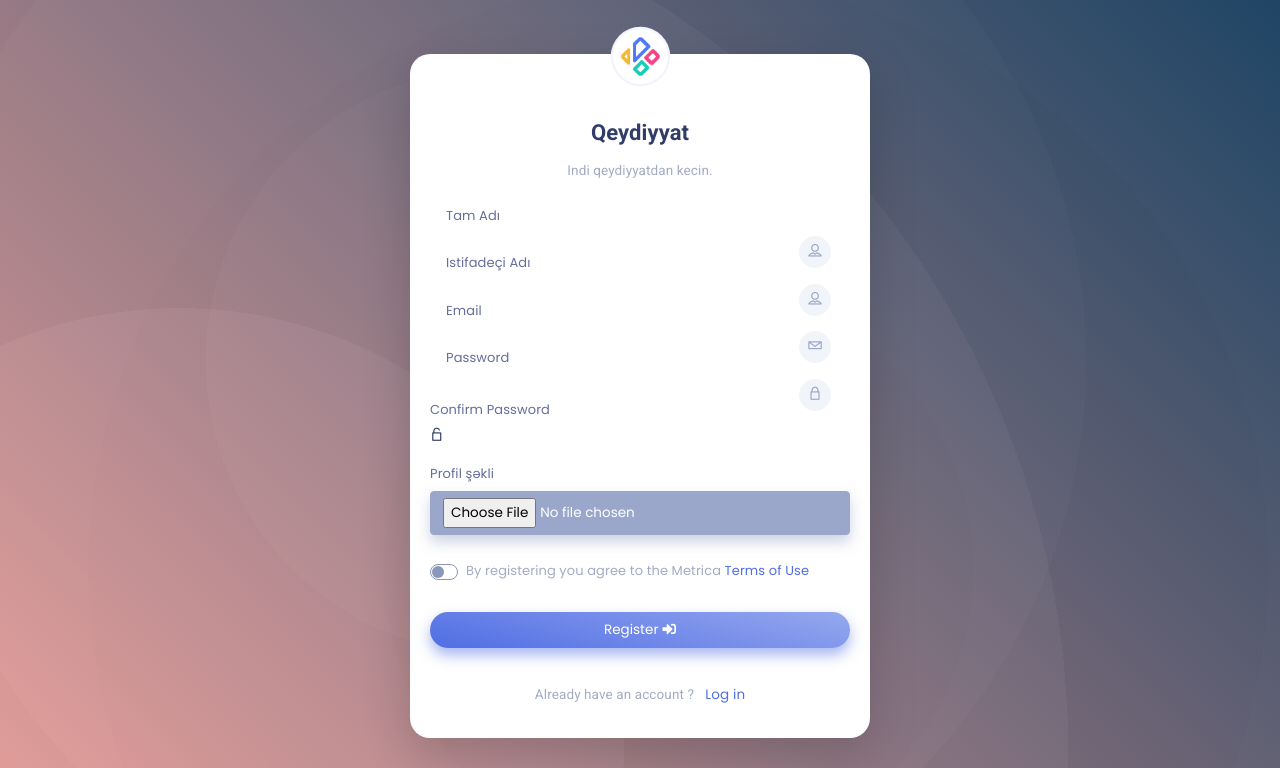
Repository: elvinyeka/Smart-Mobile
Page: Smart/templates/admin/register.html
An editor plug-in stored every save of this project. The page is shown before and after the next save, followed by the edit.
The browser window is 1280 px wide. The pictures show the whole page.
The page is served by the project's application, run on Flask 3 (Smart/__init__.py). Other server files are loaded and not shown. The template is opened directly, without the code that normally fills it, so the values that code supplies are empty.

Above is the page before, as saved 2020-11-20 20:48:19.
Console error: ReferenceError: ApexCharts is not defined

### Smart/templates/admin/register.html
<!DOCTYPE html>
<html lang="en">

    <head>
        <meta charset="utf-8" />
        <title>{{title}}</title>
        <meta name="viewport" content="width=device-width, initial-scale=1, shrink-to-fit=no">
        <meta content="Premium Multipurpose Admin & Dashboard Template" name="description" />
        <meta content="" name="author" />
        <meta http-equiv="X-UA-Compatible" content="IE=edge" />

        <!-- App favicon -->
        <link rel="shortcut icon" href="{{url_for('static', filename='admin/images/favicon.ico')}}">

        <!-- App css -->
        <link href="{{url_for('static', filename='admin/css/bootstrap.min.css')}}" rel="stylesheet" type="text/css" />
        <link href="{{url_for('static', filename='admin/css/jquery-ui.min.css')}}" rel="stylesheet">
        <link href="{{url_for('static', filename='admin/css/icons.min.css')}}" rel="stylesheet" type="text/css" />
        <link href="{{url_for('static', filename='admin/css/metisMenu.min.css')}}" rel="stylesheet" type="text/css" />
        <link href="{{url_for('static', filename='admin/css/app.min.css')}}" rel="stylesheet" type="text/css" />

    </head>

    <body class="account-body accountbg">

        <!-- Log In page -->
        <div class="container mt-5">
            <div class="row vh-100 ">
                <div class="col-12 align-self-center">
                    <div class="auth-page">
                        <div class="card auth-card shadow-lg">
                            <div class="card-body">
                                <div class="px-3">
                                    <div class="auth-logo-box">
                                        <a href="#" class="logo logo-admin"><img src="{{url_for('static', filename='admin/images/logo-sm.png')}}" height="55" alt="logo" class="auth-logo"></a>
                                    </div><!--end auth-logo-box-->

                                    <div class="text-center auth-logo-text">
                                        <h4 class="mt-0 mb-3 mt-5">Qeydiyyat</h4>
                                        <p class="text-muted mb-0">Indi qeydiyyatdan kecin.</p>
                                    </div> <!--end auth-logo-text-->


                                    <form class="form-horizontal auth-form my-4" action="" method="POST" enctype="multipart/form-data">

                                        <div class="form-group">
                                            <label for="name">Tam Adı</label>
                                            <div class="input-group mb-3">
                                                <span class="auth-form-icon">
                                                    <i class="dripicons-user"></i>
                                                </span>
                                                {% if form.name.errors %}
                                                {{ form.name(class="form-control form-control is-invalid") }}
                                                    <div class="invalid-feedback">
                                                        {% for error in form.name.errors %}
                                                            <span>{{ error }}</span>
                                                        {% endfor %}
                                                    </div>
                                                {% else %}
                                                    {{ form.name(class="form-control form-control", placeholder="Enter name") }}
                                                    {% endif %}
                                            </div>
                                        </div><!--end form-group-->

                                        <div class="form-group">
                                            <label for="username">Istifadeçi Adı</label>
                                            <div class="input-group mb-3">
                                                <span class="auth-form-icon">
                                                    <i class="dripicons-user"></i>
                                                </span>
                                                {% if form.username.errors %}
                                                {{ form.username(class="form-control form-control is-invalid") }}
                                                    <div class="invalid-feedback">
                                                        {% for error in form.username.errors %}
                                                            <span>{{ error }}</span>
                                                        {% endfor %}
                                                    </div>
                                                {% else %}
                                                    {{ form.username(class="form-control form-control", placeholder="Enter Username") }}
                                                    {% endif %}
                                            </div>
                                        </div><!--end form-group-->

                                        <div class="form-group">
                                            <label for="useremail">Email</label>
                                            <div class="input-group mb-3">
                                                <span class="auth-form-icon">
                                                    <i class="dripicons-mail"></i>
                                                </span>
                                                {% if form.email.errors %}
                                                {{ form.email(class="form-control form-control is-invalid") }}
                                                    <div class="invalid-feedback">
                                                        {% for error in form.email.errors %}
                                                            <span>{{ error }}</span>
                                                        {% endfor %}
                                                    </div>
                                                {% else %}
                                                    {{ form.email(class="form-control form-control", placeholder="Enter email") }}
                                                    {% endif %}
                                            </div>
                                        </div><!--end form-group-->

                                        <div class="form-group">
                                            <label for="userpassword">Password</label>
                                            <div class="input-group mb-3">
                                                <span class="auth-form-icon">
                                                    <i class="dripicons-lock"></i>
                                                </span>
                                                {% if form.password.errors %}
                                                {{ form.password(class="form-control form-control is-invalid") }}
                                                    <div class="invalid-feedback">
                                                        {% for error in form.password.errors %}
                                                            <span>{{ error }}</span>
                                                        {% endfor %}
                                                    </div>
                                                {% else %}
                                                    {{ form.password(class="form-control form-control", placeholder="Enter password") }}
                                                    {% endif %}
                                            </div>
                                            </div>
                                        </div><!--end form-group-->

                                        <div class="form-group">
                                            <label for="conf_password">Confirm Password</label>
                                            <div class="input-group mb-3">
                                                <span class="auth-form-icon">
                                                    <i class="dripicons-lock-open"></i>
                                                </span>
                                                {% if form.confirm.errors %}
                                                {{ form.confirm(class="form-control form-control is-invalid") }}
                                                    <div class="invalid-feedback">
                                                        {% for error in form.confirm.errors %}
                                                            <span>{{ error }}</span>
                                                        {% endfor %}
                                                    </div>
                                                {% else %}
                                                    {{ form.confirm(class="form-control form-control", placeholder="Confirm password") }}
                                                    {% endif %}
                                            </div>
                                            <div class="form-group">
                                                <label for="exampleFormControlFile1">Profil şəkli</label>
                                                <input type="file" name="photo" class="form-control-file btn btn-info" id="exampleFormControlFile1">
                                            </div>
                                        </div>

                                        <div class="form-group row mt-4">
                                            <div class="col-sm-12">
                                                <div class="custom-control custom-switch switch-success">
                                                    <input type="checkbox" class="custom-control-input" id="customSwitchSuccess">
                                                    <label class="custom-control-label text-muted" for="customSwitchSuccess">By registering you agree to the Metrica <a href="#" class="text-primary">Terms of Use</a></label>
                                                </div>
                                            </div><!--end col-->
                                        </div><!--end form-group-->

                                        <div class="form-group mb-0 row">
                                            <div class="col-12 mt-2">
                                                <button class="btn btn-gradient-primary btn-round btn-block waves-effect waves-light" type="submit">Register<i class="fas fa-sign-in-alt ml-1"></i></button>
                                            </div><!--end col-->
                                        </div> <!--end form-group-->
                                    </form><!--end form-->
                                </div><!--end /div-->

                                <div class="m-3 text-center text-muted">
                                    <p class="">Already have an account ? <a href="../authentication/auth-login.html" class="text-primary ml-2">Log in</a></p>
                                </div>
                            </div><!--end card-body-->
                        </div><!--end card-->
                    </div><!--end auth-card-->
                </div><!--end col-->
            </div><!--end row-->
        </div><!--end container-->
        <!-- End Log In page -->




        <!-- jQuery  -->
        <script src="{{url_for('static', filename='admin/js/jquery.min.js')}}"></script>
        <script src="{{url_for('static', filename='admin/js/jquery-ui.min.js')}}"></script>
        <script src="{{url_for('static', filename='admin/js/bootstrap.bundle.min.js')}}"></script>
        <script src="{{url_for('static', filename='admin/js/metismenu.min.js')}}"></script>
        <script src="{{url_for('static', filename='admin/js/waves.js')}}"></script>
        <script src="{{url_for('static', filename='admin/js/feather.min.js')}}"></script>
        <script src="{{url_for('static', filename='admin/js/jquery.slimscroll.min.js')}}"></script>

        <!-- App js -->
        <script src="{{url_for('static', filename='admin/js/app.js')}}"></script>

    </body>

</html>

### Smart/__init__.py
from flask import Flask
from flask_sqlalchemy import  SQLAlchemy
from flask_bcrypt import Bcrypt


app = Flask(__name__)
app.config['SECRET_KEY'] = 'mysecretkeydfgfdgdfgdfg'
app.config['SQLALCHEMY_FATABASE_URI'] = 'sqlite:///smart.db'
db = SQLAlchemy(app)
bcrypt = Bcrypt(app)

from Smart.admin import routes

### Smart/static/admin/js/app.js


/**
 * Theme: Metrica - Responsive Bootstrap 4 Admin Dashboard
 * Author: Mannatthemes
 * Module/App: Main Js
 */


(function ($) {

    'use strict';

    function initSlimscroll() {
        $('.slimscroll').slimscroll({
            height: 'auto',
            position: 'right',
            size: "7px",
            color: '#a2b1d021',
            opacity: 1,
            wheelStep: 5,
            touchScrollStep: 50,
            alwaysVisible: false,
        });
    }


    function initMetisMenu() {
        //metis menu
        $(".metismenu").metisMenu();
        $( window ).resize(function() {
            // initEnlarge();
        });
    }

    function initLeftMenuCollapse() {
        // Left menu collapse
        $('.button-menu-mobile').on('click', function (event) {
            event.preventDefault();
            $("body").toggleClass("enlarge-menu");
            initSlimscroll();
        });
    }

    function initMenuCollapsed() {
        $('.enlarge-menu .left-sidenav-menu > li').hover(function(){
            $(this).addClass('nav-hover');
         }, function(){
            $(this).removeClass('nav-hover');
        });
    }

    function initEnlarge() {
        if ($(window).width() < 1025) {
            $('body').addClass('enlarge-menu enlarge-menu-all');
        } else {
            // if ($('body').data('keep-enlarged') != true)
                $('body').removeClass('enlarge-menu enlarge-menu-all');
        }
    }

    function initTooltipPlugin(){
        $.fn.tooltip && $('[data-toggle="tooltip"]').tooltip()
        $('[data-toggle="tooltip-custom"]').tooltip({
            template: '<div class="tooltip tooltip-custom" role="tooltip"><div class="arrow"></div><div class="tooltip-inner"></div></div>'
        });
    }

    function initMainIconTabMenu() {
        $('.main-icon-menu .nav-link').on('click', function(e){
            $("body").removeClass("enlarge-menu");
            e.preventDefault();
            $(this).addClass('active');
            $(this).siblings().removeClass('active');
            $('.main-menu-inner').addClass('active');
            var targ = $(this).attr('href');
            $(targ).addClass('active');
            $(targ).siblings().removeClass('active');
        });
    }


    function initActiveMenu() {
        // === following js will activate the menu in left side bar based on url ====
        $(".leftbar-tab-menu a, .left-sidenav a").each(function () {
            var pageUrl = window.location.href.split(/[?#]/)[0];
            if (this.href == pageUrl) {
                $(this).addClass("active");
                $(this).parent().addClass("active"); // add active to li of the current link
                $(this).parent().parent().addClass("in");
                $(this).parent().parent().addClass("mm-show");
                $(this).parent().parent().parent().addClass("mm-active");
                $(this).parent().parent().prev().addClass("active"); // add active class to an anchor
                $(this).parent().parent().parent().addClass("active");
                $(this).parent().parent().parent().parent().addClass("mm-show"); // add active to li of the current link
                $(this).parent().parent().parent().parent().parent().addClass("mm-active");
                $(this).parent().parent().parent().parent().parent().addClass("active");
                var menu =  $(this).closest('.main-icon-menu-pane').attr('id');
                $("a[href='#"+menu+"']").addClass('active');

            }
        });
    }

    function initFeatherIcon() {
        feather.replace()
    }
    // Auto complate

    function initAutoComplate() {
        $(document).ready(function() {
            BindControls();
        });

        function BindControls() {
            var Countries = ['Forms',
                'Tables',
                'Charts',
                'Icones',
                'Maps'];

            $('#AllCompo').autocomplete({
                source: Countries,
                minLength: 0,
                scroll: true
            }).focus(function() {
                $(this).autocomplete("search", "");
            });
        }
    }


    function initMainIconMenu() {
        $(".navigation-menu a").each(function () {
            var pageUrl = window.location.href.split(/[?#]/)[0];
            console.log('pageUrl', pageUrl, this.href);
            if (this.href == pageUrl) {
                $(this).parent().addClass("active"); // add active to li of the current link
                $(this).parent().parent().parent().addClass("active"); // add active class to an anchor
                $(this).parent().parent().parent().parent().parent().addClass("active"); // add active class to an anchor
                $(this).parent().parent('.submenu-tab').addClass("show");
            }
        });
    }

    function initTopbarMenu() {
        $('.navbar-toggle').on('click', function (event) {
            $(this).toggleClass('open');
            $('#navigation').slideToggle(400);
        });

        $('.navigation-menu>li').slice(-2).addClass('last-elements');

        $('.navigation-menu li.main-nav-item a[href="#"]').on('click', function (e) {
            if ($(window).width() < 992) {
                e.preventDefault();
                $(this).parent('li').toggleClass('open').find('.submenu-tab:first').toggleClass('open');
            }
        });
    }


    function initnavbarMenu() {
        $('.main-nav-item').on('click', function(e){
            e.preventDefault();
            $(this).addClass('active');
            $(this).siblings().removeClass('active');
            $(this).children('.submenu-tab').addClass('show');
            var targ = $(this).attr('href');
            $(targ).addClass('active');
            $(targ).siblings().removeClass('active');
        });
        $('.submenu-tab li').on('click', function(e){
            // e.preventDefault();
            $(this).addClass('active');
            $(this).siblings().removeClass('active');
            window.location.href = e.target.href;
        });
    }

    function initRightbarChart() {
        //Apex-radialbar2
            var options = {
                chart: {
                    height: 250,
                    type: 'radialBar',
                    dropShadow: {
                    enabled: true,
                    top: 10,
                    left: 0,
                    bottom: 0,
                    right: 0,
                    blur: 2,
                    color: '#45404a2e',
                    opacity: 0.35
                    },
                },
                colors: ['#6d81f5', '#fd3c97', '#1eca7b'],
                plotOptions: {
                    radialBar: {
                        track: {
                            background: '#b9c1d4',
                            opacity: 0.5,
                        },
                        dataLabels: {
                            name: {
                                fontSize: '16px',
                            },
                            value: {
                                fontSize: '13px',
                                color: '#0f4069',
                            },
                            total: {
                                show: true,
                                label: 'Total Tasks',
                                color: '#0f4069',
                                formatter: function (w) {
                                    // By default this function returns the average of all series. The below is just an example to show the use of custom formatter function
                                    return 249
                                }
                            }
                        }
                    }
                },
                series: [44, 55, 67],
                labels: ['Development', 'Backup Create', 'Admin Design'],

            }

            var chart = new ApexCharts(
                document.querySelector("#rightbar_chart"),
                options
            );

            chart.render();
        }

        function initstickyTabText() {
            $(window).scroll(function() {
                var scroll = $(window).scrollTop();

                if (scroll >= 50) {
                    $(".sticky-tab-text").addClass("nav-text-visible");
                } else {
                    $(".sticky-tab-text").removeClass("nav-text-visible");
                }
            });
        }



    function init() {
        initSlimscroll();
        initMetisMenu();
        initLeftMenuCollapse();
        initMenuCollapsed();
        initEnlarge();
        initTooltipPlugin();
        initMainIconTabMenu();
        initActiveMenu();
        initFeatherIcon();
        initAutoComplate();
        initMainIconMenu();
        initTopbarMenu();
        Waves.init();
        initnavbarMenu();
        initRightbarChart();
        initstickyTabText();
    }

    init();

})(jQuery)

Loaded but not shown: Smart/static/admin/css/bootstrap.min.css (library); Smart/static/admin/css/jquery-ui.min.css (library); Smart/static/admin/css/icons.min.css (library); Smart/static/admin/css/metisMenu.min.css (common file); Smart/static/admin/css/app.min.css (library); Smart/static/admin/js/jquery.min.js (library); Smart/static/admin/js/jquery-ui.min.js (library); Smart/static/admin/js/bootstrap.bundle.min.js (library); Smart/static/admin/js/metismenu.min.js (library); Smart/static/admin/js/waves.js (common file); Smart/static/admin/js/feather.min.js (library); Smart/static/admin/js/jquery.slimscroll.min.js (library)

After the next save:
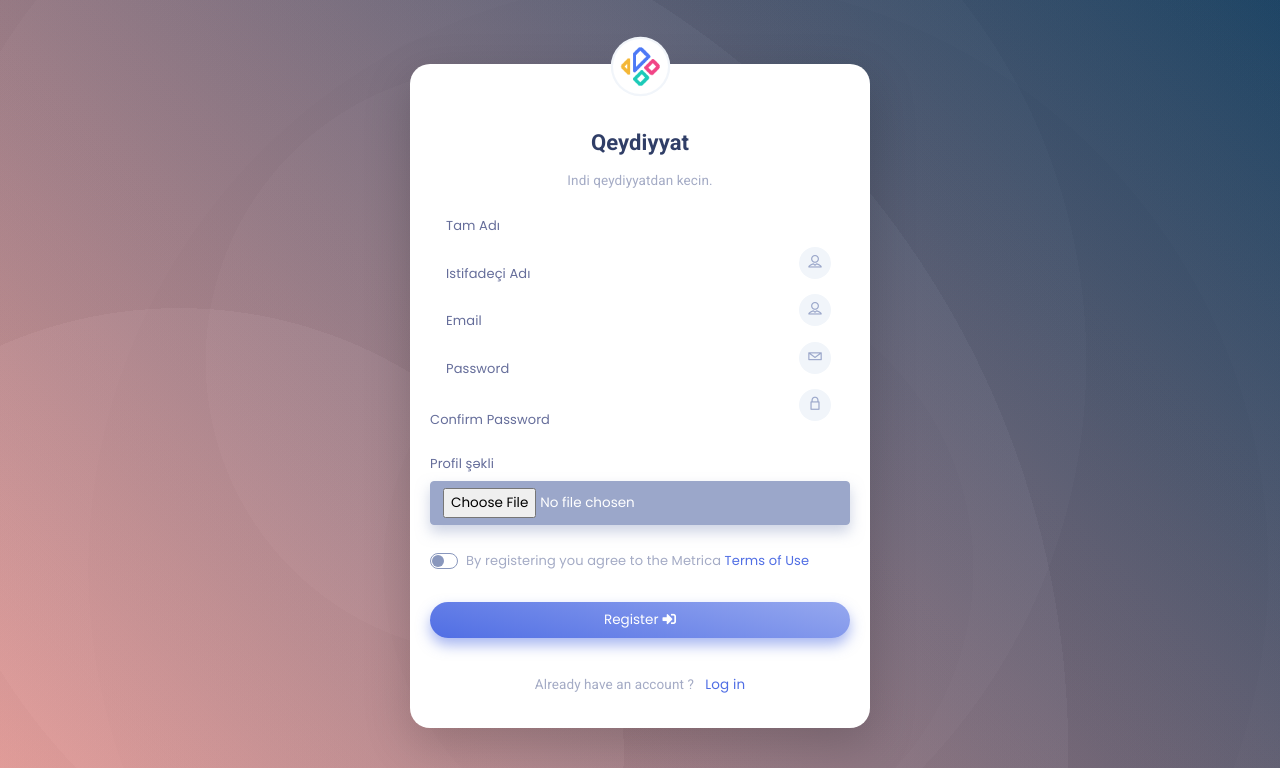
Saved 78 s later.
--- a/Smart/templates/admin/register.html
+++ b/Smart/templates/admin/register.html
@@ -124,7 +124,7 @@
                                             <label for="conf_password">Confirm Password</label>
                                             <div class="input-group mb-3">
                                                 <span class="auth-form-icon">
-                                                    <i class="dripicons-lock-open"></i>
+                                                    <!-- <i class="dripicons-lock-open"></i>  -->
                                                 </span>
                                                 {% if form.confirm.errors %}
                                                 {{ form.confirm(class="form-control form-control is-invalid") }}
